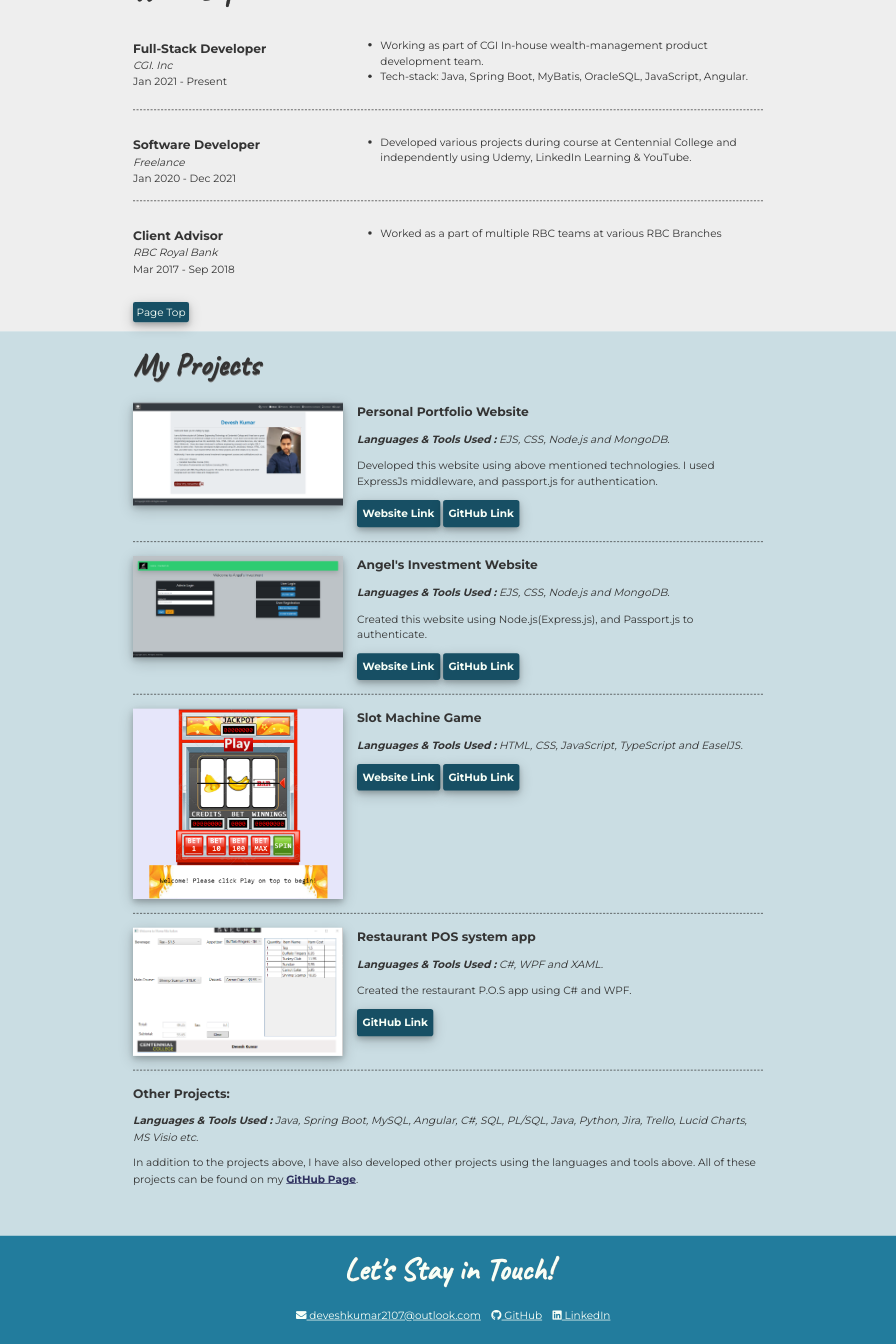
Repository: My-Web-Page/MyWebPage
Page: index.html
These files come from the project's save history. The page is drawn as it stood at one moment and after the next save; the edit follows.
The browser window is 1280 px wide. The pictures show the part of the page from y = 1996 to 3916 px (the page is 3916 px tall), at 70% of full size.
Some web libraries are served in a nearby version.

Above is the page before, as saved 2023-04-11 08:55:36.

After the next save:
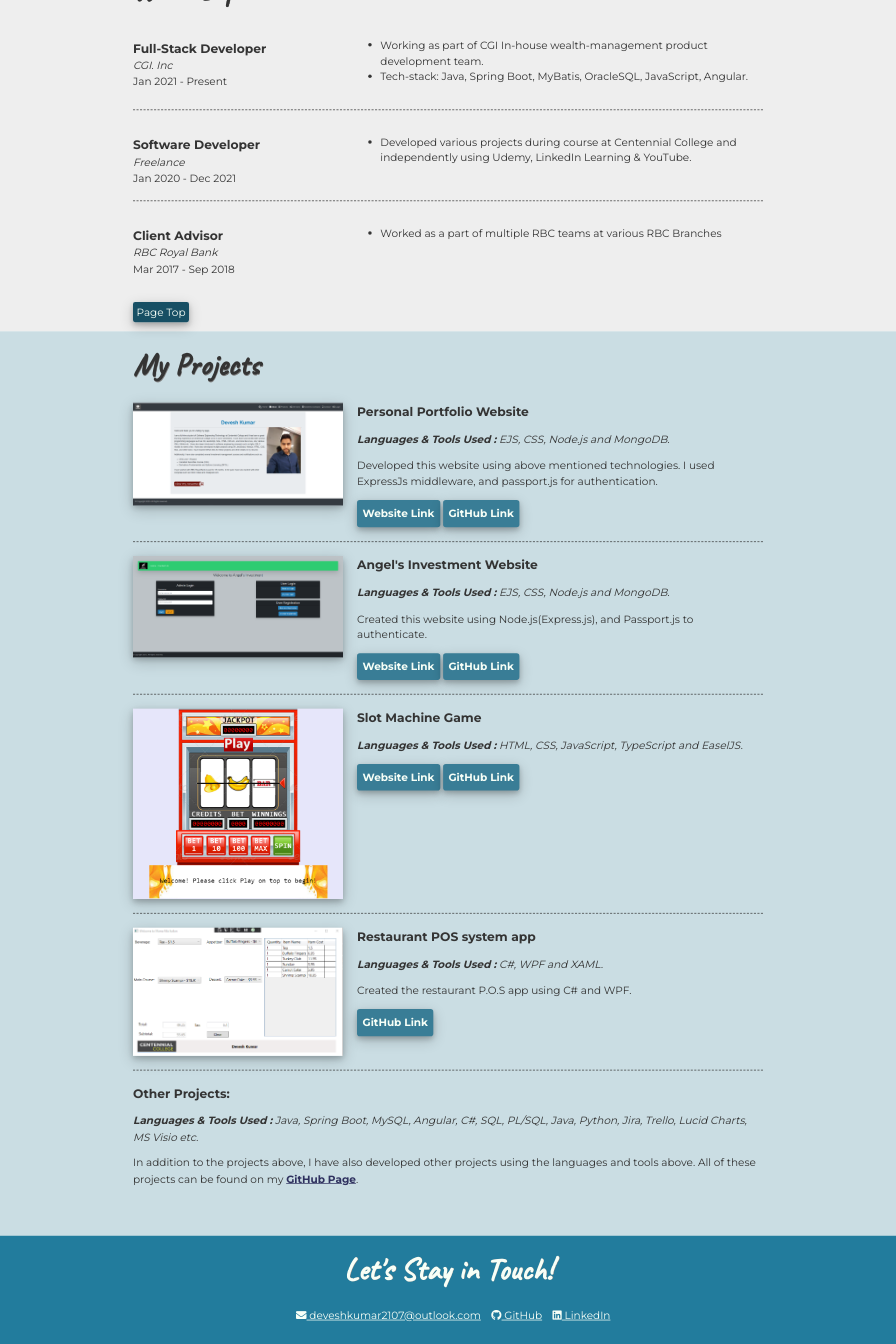
Saved 22 s later.
--- a/style.css
+++ b/style.css
@@ -233,7 +233,7 @@ https://coolors.co/f7fff7-343434-2f3061-ffe66d-a1c6d7
 
     .projects .btn {
         color: #F7FFF7;
-        background: #174F64;
+        background: #397d96;
         text-decoration: none;
         padding: 8px;
         border-radius: 4px;
